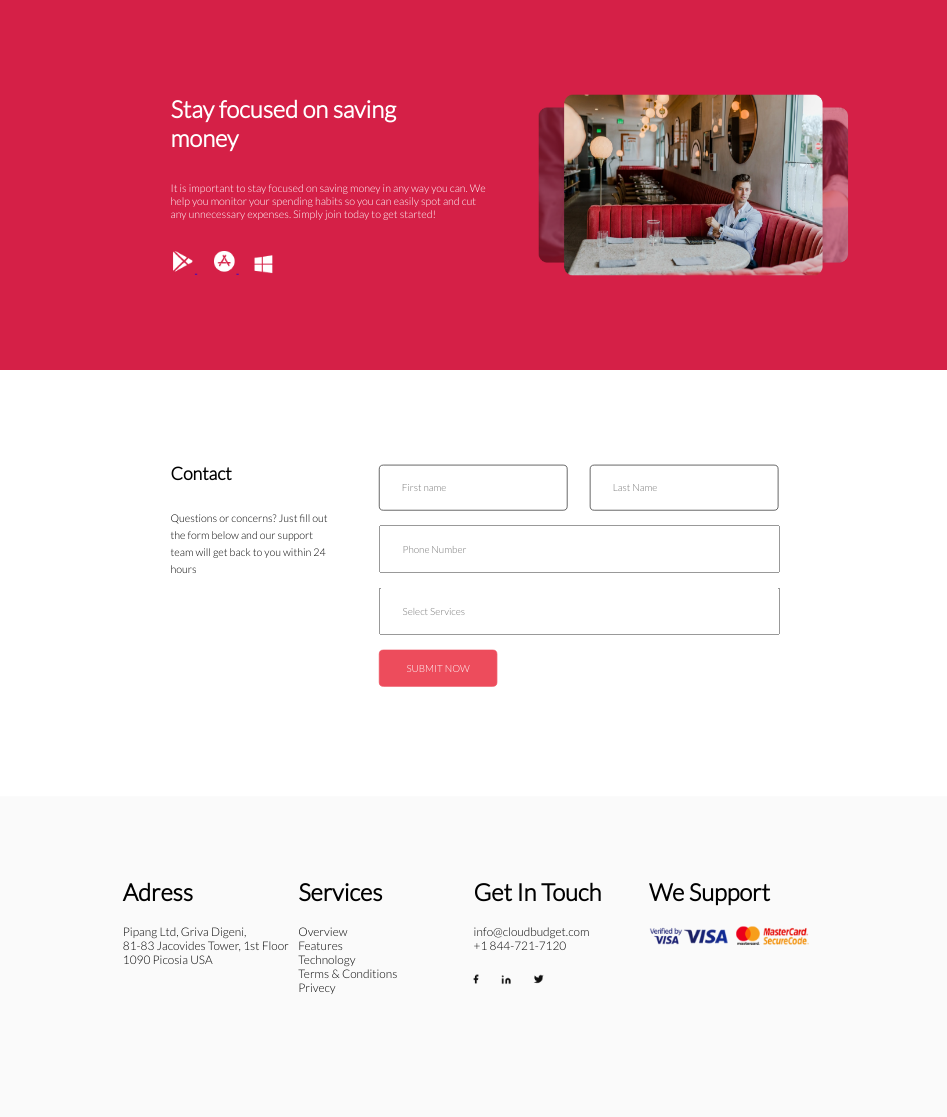
Repository: batonAnton/Cursor_lecture4
Page: index.html
These files come from the project's save history. The page is drawn as it stood at one moment and after the next save; the edit follows.
The browser window is 1280 px wide. The pictures show the whole page, at 74% of full size.

Above is the page before, as saved 2022-06-09 15:41:11.

### index.html
<!DOCTYPE html>
<html lang="en">
<head>
    <meta charset="UTF-8">
    <meta http-equiv="X-UA-Compatible" content="IE=edge">
    <meta name="viewport" content="width=device-width, initial-scale=1.0">
    <title>CloudBudget Freebie</title>
    <link rel="preconnect" href="https://fonts.googleapis.com">
    <link rel="preconnect" href="https://fonts.gstatic.com" crossorigin>
    <link href="https://fonts.googleapis.com/css2?family=Lato:wght@300&display=swap" rel="stylesheet">
    <link rel="stylesheet" href="css/style.css">
</head>
<body>
    <header>
        <div class="info-box">
            <h1>Stay focused on saving <br> money</h1>
            <p>It is important to stay focused on saving money in any way you can. We <br> help you monitor your spending habits so you can easily spot and cut <br> any unnecessary expenses. Simply join today to get started!</p>

            <div class="link_source">
                <a href="https://play.google.com/store/games?hl=uk&gl=US">
                    <img src="/image/icon/google_play.png" alt="icon-google">
                </a>
                <a href="https://www.apple.com/ua/app-store/">
                    <img src="/image/icon/apstore.png" alt="icon-apstore">
                </a>
                <a href="https://www.microsoft.com/uk-ua/software-download/windows10">
                    <img src="/image/icon/windows.png" alt="icon-windows">
                </a>
            </div>
        </div>

        <div class="big_img"></div>
    </header>

    <section>
        <div class="info-box">
            <h1>Contact</h1>
            <p>Questions or concerns? Just fill out the form below and our support <br> team will get back to you within 24 hours</p>
        </div>

        <div class="input-fields">
            <form>
                <div>
                    <input type="text" id="fname" placeholder="First name" name="fname">
                    <input type="text" id="lname" placeholder="Last Name" name="lname">
                </div>

                <input type="number" name="" id="number" placeholder="Phone Number">
                <input list="browsers" id="dropdown" placeholder="Select Services" name="service"> <br>
                <datalist id="browsers">
                    <option value="Service1">
                    <option value="Service2">
                    <option value="Service3">
                    <option value="Service4">
                    <option value="Service5">
                </datalist>
                <button>submit now</button>
              </form>
        </div>
    </section>

    <footer>
        <div class="all-block">
            <div class="adress-block">
                <h1>adress</h1>
                <p>
                    Pipang Ltd, Griva Digeni,<br>
                    81-83 Jacovides Tower, 1st Floor <br>
                    1090 Picosia USA
                </p>
            </div>

            <div class="services">
                <h1>services</h1>
                <a href="">overview</a>
                <a href="">features</a>
                <a href="">technology</a>
                <a href="">terms & conditions</a>
                <a href="">privecy</a>
            </div>

            <div class="link-social">
                <h1>Get in Touch</h1>
                <a href="">info@cloudbudget.com</a>
                <a href="">+1 844-721-7120</a>

                <div>
                    <a href="">
                        <img src="/image/footer/facebook.png" alt="facebook-link">
                    </a>

                    <a href="">
                        <img src="/image/footer/feather-linkedin.png" alt="linkdn">
                    </a>

                    <a href="">
                        <img src="/image/footer/tweeter.png" alt="tweeter-img">
                    </a>
                </div>
            </div>

            <div class="paymants">
                <h1>We Support</h1>
                <img src="/image/footer/secure-p-1 1.png" alt="img pay">
            </div>
        </div>

    </footer>
</body>
</html>

### css/style.css
* {
  font-family: "Lato", sans-serif;
  font-weight: 400;
  margin: 0;
  padding: 0;
  box-sizing: border-box;
}

h1 {
  font-weight: 600;
}

header {
  width: 100%;
  height: 20%;
  padding: 10%;
  color: #ffffff;
  display: inline-flex;
  background-color: #d52047;
}

.info-box {
  width: 80%;
  margin-left: 10%;
}

.info-box p {
  width: 90%;
  margin: 40px 0;
  font-size: 0.9rem;
}

.link_source a {
  margin-left: -19px;
  padding: 0 20px;
}

.big_img {
  background-image: url("/image/Photo.png");
  width: 70%;
  background-repeat: no-repeat;
  background-position: center;
  background-size: contain;
}

/* Section */
section {
  color: #000000;
  display: inline-flex;
  padding: 10%;
  width: 100%;
}

section .info-box {
  width: 80%;
  color: #000000;
  line-height: 140%;
}

section .info-box h1 {
  font-weight: 600;
}

#fname,
#lname {
  width: 255px;
  height: 60px;
  border: 1px solid #333333;
  border-radius: 6px;
}

.input-fields input {
  width: 95%;
  height: 60px;
  padding: 30px;
}

form div {
  display: inline-flex;
}
form input,
button {
  margin-left: 30px;
  margin-bottom: 20px;
  /* margin: 0px 0px 30px 10px; */
}

.input-fields {
  margin-right: 100px;
}

button {
  background-color: #ed4c5c;
  color: #ffffff;
  width: 160px;
  height: 50px;
  border: 1.5px solid #ed4c5c;
  border-radius: 6px;
  text-transform: uppercase;
}

footer {
  background-color: #fafafa;
  margin: 0px auto 0px auto;
}

.all-block {
  display: inline-flex;
  padding: 85px 166px 166px 166px;
  margin: 0 auto;
  width: 100%;
}

.all-block div {
  width: 30%;
  /* padding: 0 15% 0 15%; */
}

footer h1 {
  font-style: normal;
  font-weight: 700;
  line-height: 22px;
  text-transform: capitalize;
  margin-bottom: 33px;
  margin-top: 33px;
}

.services a,
.link-social a {
  display: grid;
  text-decoration: none;
  color: #000000;
}

.services a {
  text-transform: capitalize;
}

.link-social div {
  display: inline-flex;
}

.link-social div a {
  margin: 30px 30px 0px 0px;
}

.copyright{
  padding: 85px 166px 75px 166px;
}

After the next save:
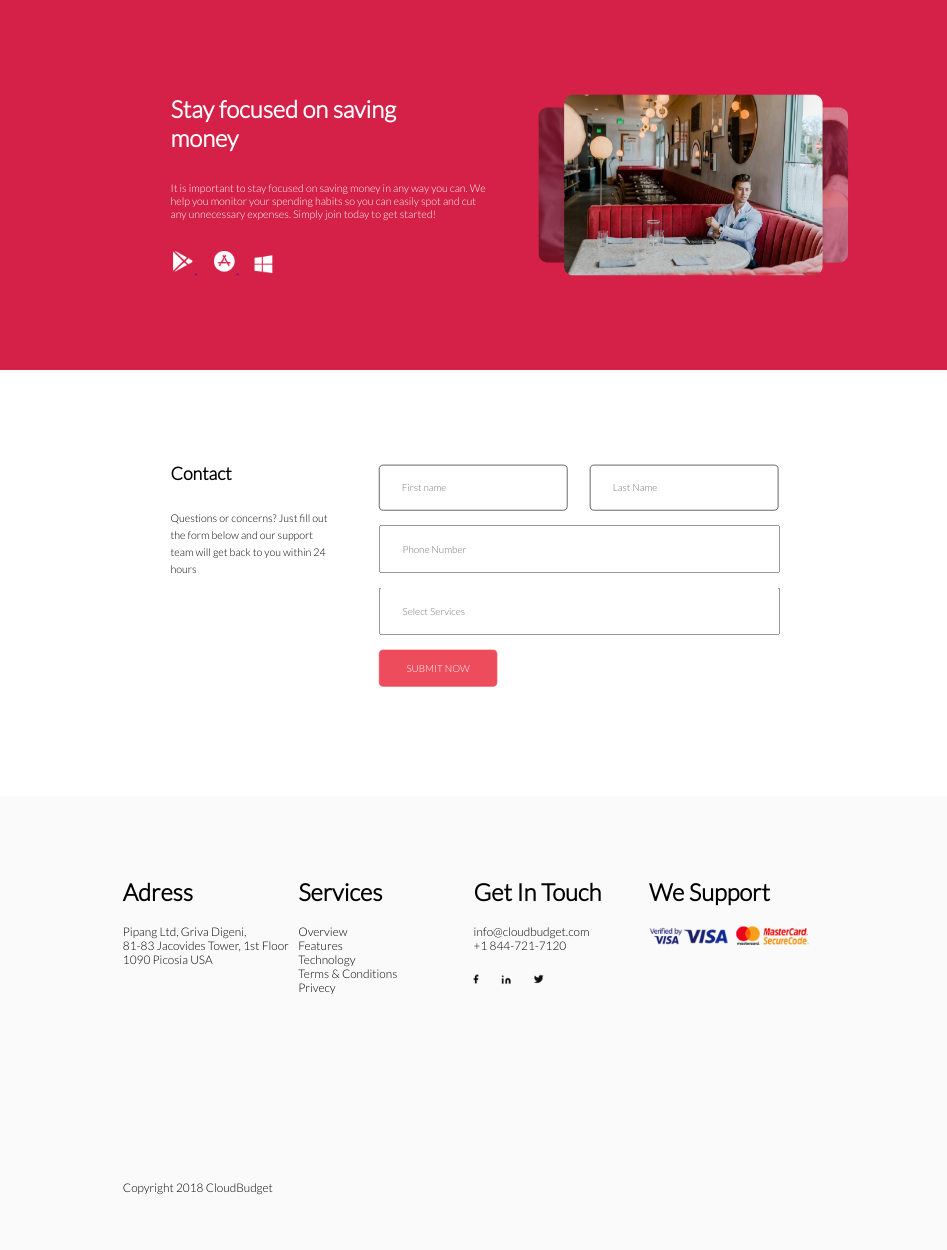
Saved 18 s later.
--- a/index.html
+++ b/index.html
@@ -104,7 +104,7 @@
                 <img src="/image/footer/secure-p-1 1.png" alt="img pay">
             </div>
         </div>
-
+        <p class="copyright">Copyright 2018 CloudBudget</p>
     </footer>
 </body>
 </html>
